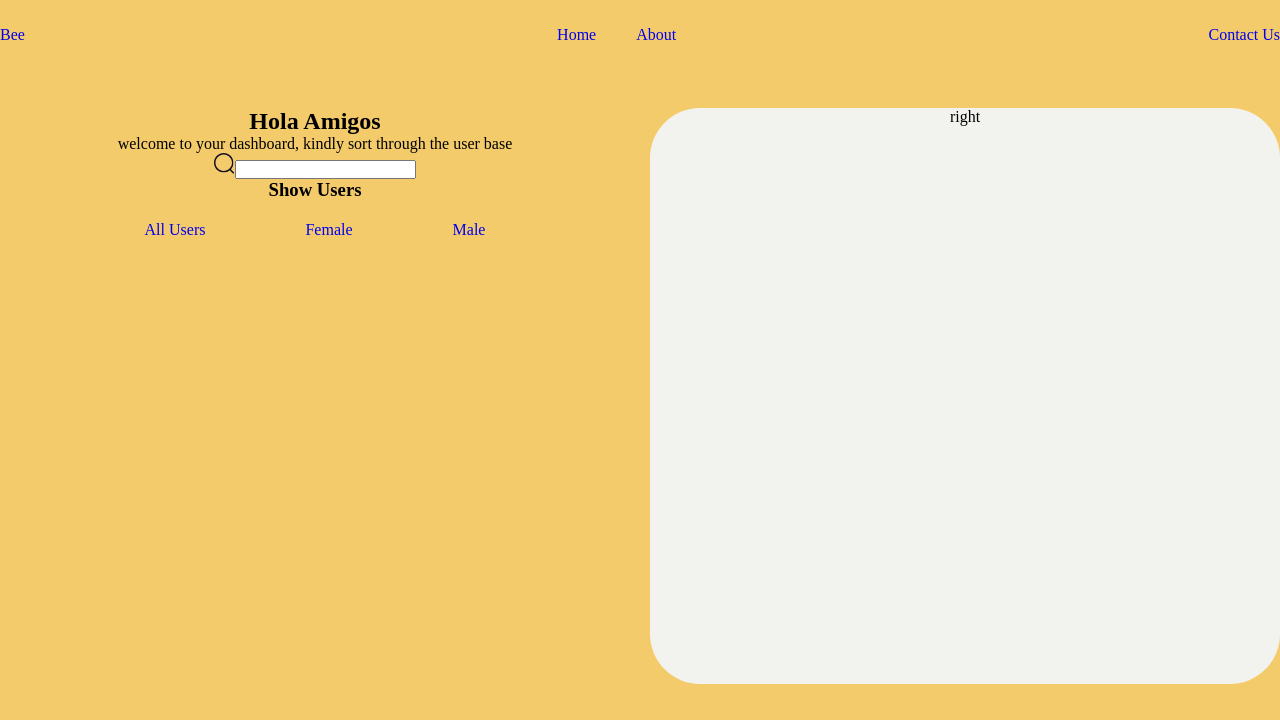
Repository: ble-syn/Random-user-generator-app
Page: /
An editor plug-in stored every save of this project. The page is shown before and after the next save, followed by the edit.
The browser window is 1280 px wide. The pictures show the whole page.
The project was rebuilt for these pictures with package versions that can differ from the ones it lists, and the page was loaded fresh each time. Also part of the build but not shown: src/pages/About.jsx, src/pages/Policy.jsx, src/pages/Terms.jsx, src/pages/Contact.jsx, src/pages/NotFound.jsx.

Above is the page before, as saved 2022-10-26 00:52:13.

### src/index.css
*{
  margin: 0;
  padding: 0;
  box-sizing: border-box;
}
a {
  text-decoration: none;
}

body {
  background-color: #F4CB6B;
}
.container {
  width: 100%;
  max-width: 1300px;
  margin: 0 auto;

  text-align: center;
}

nav {
  display: flex;
  justify-content: space-between;
  margin: 2% 0 5%;
}
.menu {
  margin: 0 20px;
}

.home-container{
  display: flex;
  justify-content: center;
}
/* LEFT STYLES */
#left {
  flex: 5;
}
.user-link-cont {
  margin-top: 20px;
}
.user-link{
  margin: 0 50px;
}
#right{
  height: 80vh;
 flex: 5;
  margin-left: 20px;
  background-color: #F2F2EF;
  border-radius: 50px;
}

### src/App.js
import { BrowserRouter as Router, Routes, Route, Navigate} from "react-router-dom";
import Navbar from "./components/Navbar";
import Home from "./pages/Home";
import About from "./pages/About";
import Policy from "./pages/Policy";
import Terms from "./pages/Terms";
import Contact from "./pages/Contact";
import NotFound from "./pages/NotFound";

function App() {
  return (
    <div className="container">
      <Router>
      <Navbar />
        <Routes>
          <Route path="/" element={<Home />} />
          <Route path="/about" element={<About />}>
            <Route path="policy" element={<Policy />} />
            <Route path="terms" element={<Terms />} />
          </Route>
          <Route path="/contact" element={<Contact />} />
          <Route path="/not-found" element={<NotFound />} />
          <Route path="*" element={<Navigate to="/not-found" />} />
        </Routes>
      </Router>

    </div>
  );
}

export default App;

### src/components/Navbar.jsx
import React from "react";
import { Link } from "react-router-dom";

function Navbar() {
    return (
      <nav className="header">
        <div className="logo">
          <Link to="/">Bee</Link>
        </div>


        <div>
            <Link to="/about" className="menu">Home</Link>

            <Link to="/contact" className="menu">About</Link>
        </div>
        <div>
            <Link to="/">Contact Us</Link>
        </div>
      </nav>
    );
  }

export default Navbar;

### src/pages/Home.jsx
import React from "react";
import { Link } from "react-router-dom";
import { ReactComponent as Search } from "../assets/Search.svg"

function Home() {
  return (
    <div className="home-container">
      <div id="left">
        <h2>Hola Amigos</h2>
        <p>welcome to your dashboard, kindly sort through the user base</p>
        <form action="">
          <Search />
          <input type="text" name="" id="" />
        </form>
        <h3>Show Users</h3>
        <div className="user-link-cont">
          <Link className="user-link" to="/login">All Users</Link>
          <Link className="user-link" to="/register">Female</Link>
          <Link className="user-link" to="/about">Male</Link>
        </div>
      </div>
      <div id="right">
        right
      </div>
    </div>
  );
}

export default Home;

Loaded but not shown: public/index.html (common file); src/index.js (common file); src/reportWebVitals.js (common file)

After the next save:
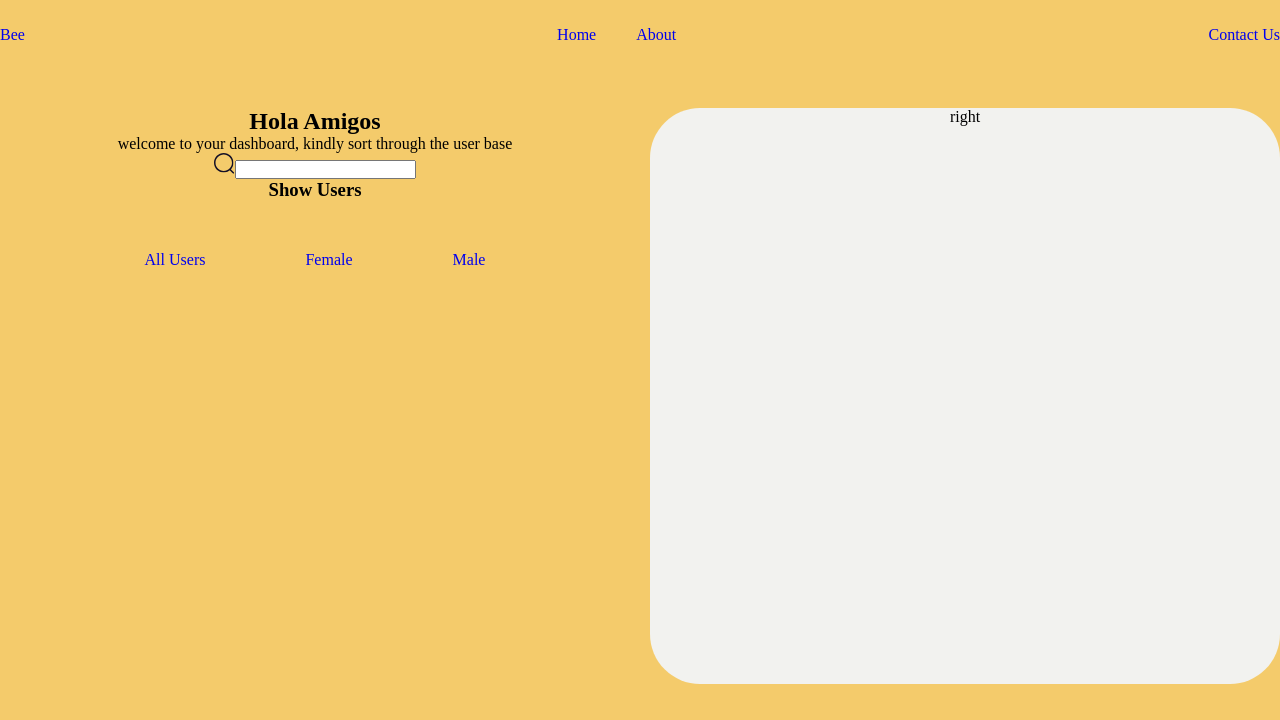
Saved 5 s later.
--- a/src/index.css
+++ b/src/index.css
@@ -36,7 +36,7 @@ nav {
   flex: 5;
 }
 .user-link-cont {
-  margin-top: 20px;
+  margin-top: 50px;
 }
 .user-link{
   margin: 0 50px;
